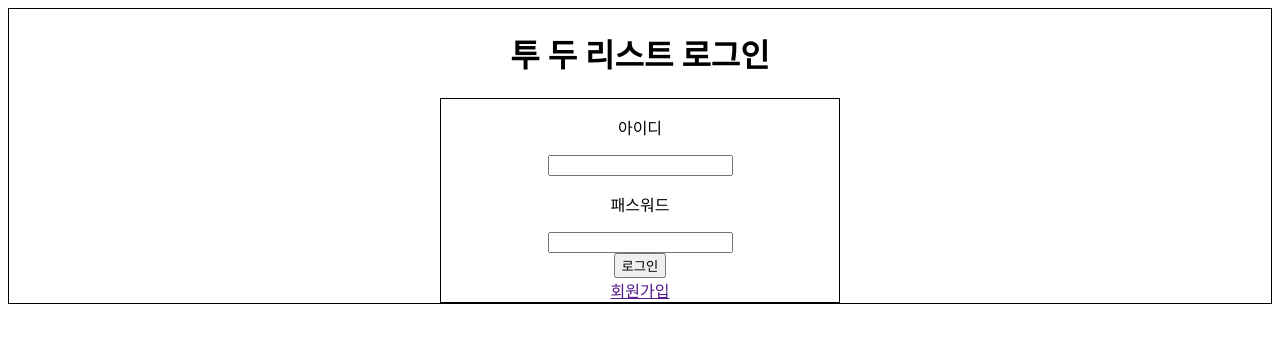
Repository: kdhleppa/server
Page: http://localhost/todoList/
These files come from the project's save history. The page is drawn as it stood at one moment and after the next save; the edit follows.
The browser window is 1280 px wide. The pictures show the whole page.
The page is served by Tomcat 9. Other server files are loaded and not shown.

Above is the page before, as saved 2023-09-26 05:36:35.

### todoList/src/main/webapp/index.jsp
<%@ page language="java" contentType="text/html; charset=UTF-8"
    pageEncoding="UTF-8"%>

<%@ taglib prefix="c" uri="http://java.sun.com/jsp/jstl/core"%>
<!DOCTYPE html>
<html>
<head>
<meta charset="UTF-8">
<title>todolist</title>

<link rel="stylesheet" href="/resources/css/main.css">
</head>
<body>
	<main>
	    <div id="container">
	    <h1>투 두 리스트 로그인</h1>
	    <div id="formcontainer">
	    <form action="/member/login" method="post" name="login-form" id="loginfrm">
	        <p>아이디</p>
	        <input type="text" name="inputId">
	        <p>패스워드</p>
	        <input type="password" name="inputPw">
	        <button>로그인</button>
	        <a href="">회원가입</a>
	    </form>
	    </div>
	    </div>
	</main>

</body>
</html>

### todoList/src/main/webapp/resources/css/main.css
@charset "UTF-8";

* {
    box-sizing: border-box;
}

div {
    border: 1px solid black;
}

#container {
    display: flex;
    justify-content: center;
    align-items: center;
    flex-direction: column;
}

form {
    display: flex;
    justify-content: center;
    align-items: center;
    flex-direction: column;
}

#formcontainer {
	display: flex;
    justify-content: center;
    align-items: center;
    flex-direction: column;
    width: 400px;
}

After the next save:
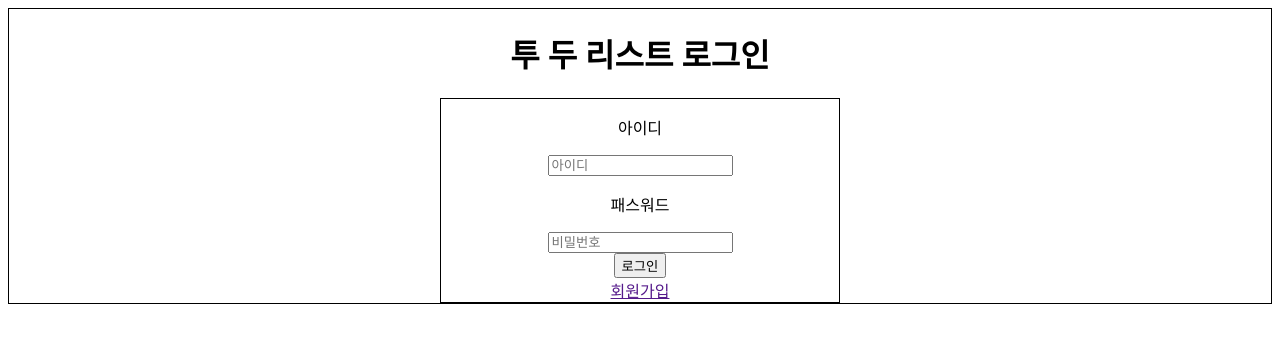
Saved 11 min 1 s later.
--- a/todoList/src/main/webapp/index.jsp
+++ b/todoList/src/main/webapp/index.jsp
@@ -13,17 +13,30 @@
 <body>
 	<main>
 	    <div id="container">
-	    <h1>투 두 리스트 로그인</h1>
-	    <div id="formcontainer">
-	    <form action="/member/login" method="post" name="login-form" id="loginfrm">
-	        <p>아이디</p>
-	        <input type="text" name="inputId">
-	        <p>패스워드</p>
-	        <input type="password" name="inputPw">
-	        <button>로그인</button>
-	        <a href="">회원가입</a>
-	    </form>
-	    </div>
+	    <%-- 로그인 안되있을때 --%>
+	    <c:choose>
+	    	<c:when test="${empty sessionScope.loginMember }">
+			    <h1>투 두 리스트 로그인</h1>
+			    <div id="formcontainer">
+				    <form action="/member/login" method="post" name="login-form" id="loginfrm">
+				        <p>아이디</p>
+				        <input type="text" name="inputId" placeholder="아이디">
+				        <p>패스워드</p>
+				        <input type="password" name="inputPw" placeholder="비밀번호">
+				        <button>로그인</button>
+				        <a href="">회원가입</a>
+
+		    		</form>
+	    		</div>
+
+	    </c:when>
+	    <c:otherwise>
+	    	<article class="login-area">
+	    		<p>${sessionScope.loginMember.memberNickname }의 TODO LIST</p>
+	    	</article>
+
+	    </c:otherwise>
+	    </c:choose>
 	    </div>
 	</main>
 
